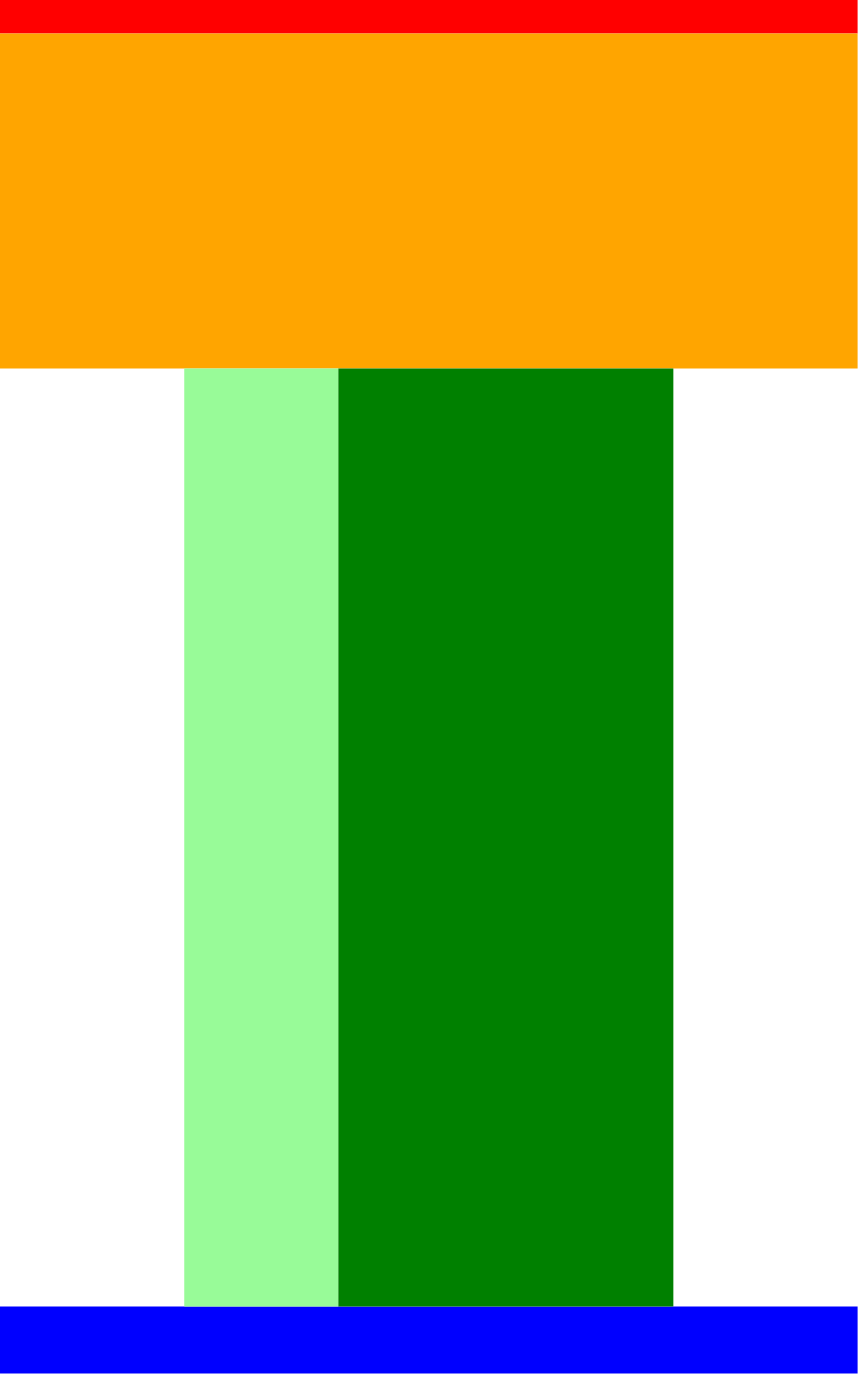
Repository: cyaomasa/java-
Page: chapter4_exercise/index2.html
The author's editor kept a record of every edit. The page is drawn from the files as they stood at one moment, then again after the next edit.
The browser window is 1280 px wide. The pictures show the whole page, at 67% of full size.

Above is the page before.

### chapter4_exercise/index2.html
<!DOCTYPE html>
<html lang="ja">
  <head>
    <meta charset="UTF-8" />
    <!--CSSファイルの読み込み読み込み-->
    <link rel="stylesheet" href="style2.css" />
    <title>chapter4_exercise</title>
  </head>

  <body>
    <div class="header"></div>
    <div class="mainvisual"></div>
    <div class="main">
      <div class="sidebar-left"></div>
      <div class="blog"></div>
      <div class="sidebar-right"></div>
    </div>
    <div class="futter"></div>
  </body>
  </html>

### chapter4_exercise/style2.css
/*ブラウザがそれぞれ持っているCSSをリセットするための記述*/
* {
  margin: 0;
  padding: 0;
 box-sizing : border-box;
}
.header {
  width: 100%;
  height: 50px;
  background-color: red;
}
.mainvisual {
  width: 100%;
  height: 500px;
  background-color: orange;
}
.main {
  width: 960px;
  margin: 0 auto;
  display: flex;
  justify-content: center;
}
.sidebar-left {
  width: 230px;
  height: 1400px;
  background-color: palegreen;
}
.blog {
  width: 500px;
  height: 1400px;
  background-color: green;
}
.sidebarright {
  width: 230px;
  height: 1400px;
  background-color: palegreen;
}
.futter {
  width: 100%;
  height: 100px;
  background-color: blue;
}

After the next edit:
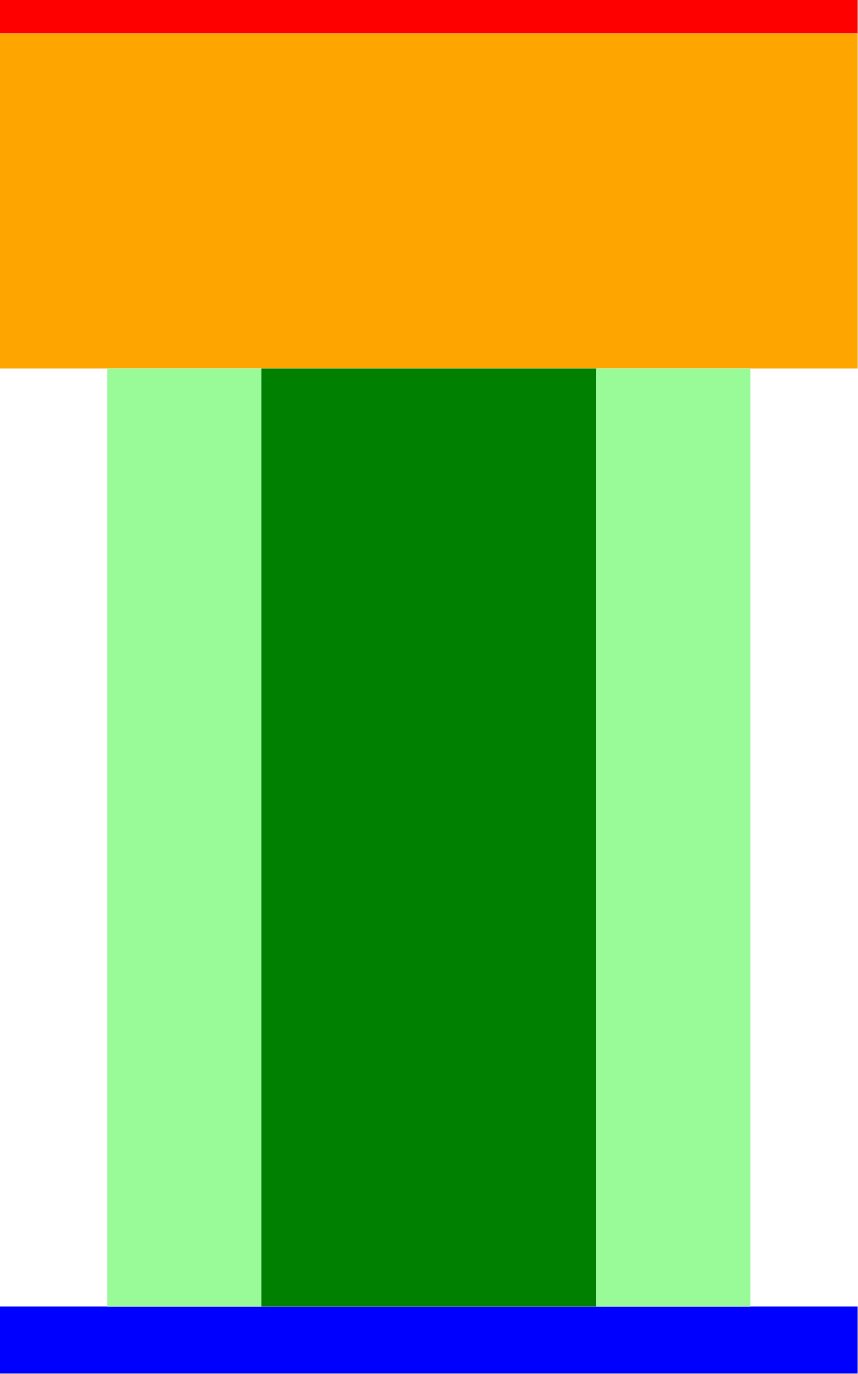
The edit:
--- a/chapter4_exercise/style2.css
+++ b/chapter4_exercise/style2.css
@@ -30,7 +30,7 @@
   height: 1400px;
   background-color: green;
 }
-.sidebarright {
+.sidebar-right {
   width: 230px;
   height: 1400px;
   background-color: palegreen;
